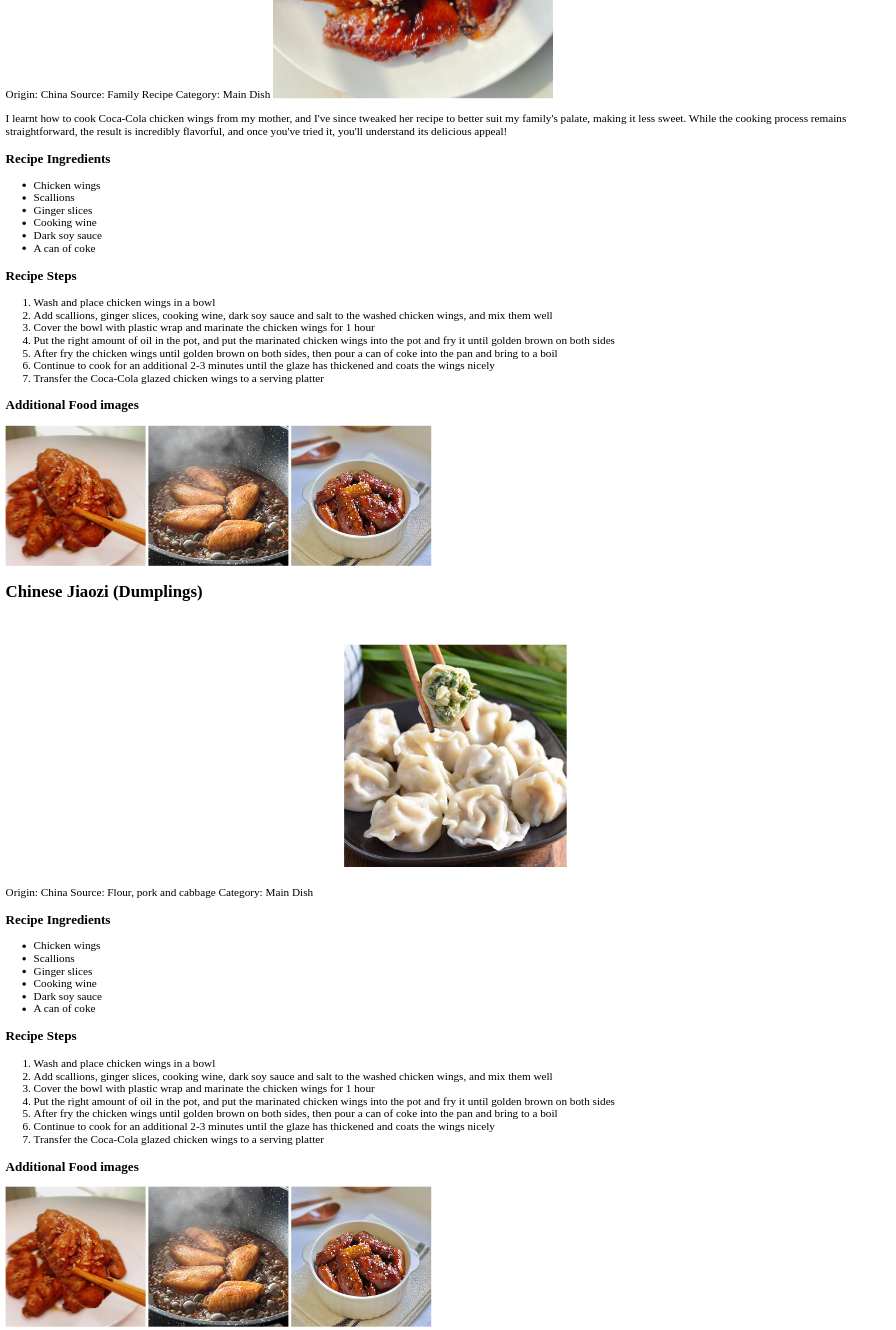
Repository: lulyany/starter_html
Page: recipes.html
The author's editor kept a copy of each file at every save. The page is drawn from the files as they stood at one save, then again after the next save.
The browser window is 1280 px wide. The pictures show the part of the page from y = 545 to 2445 px (the page is 3556 px tall before and 3614 px after), at 70% of full size.
A picture or video elsewhere on the page could not be fetched, so the positions and the page height are approximate.

Above is the page before, as saved 2023-09-16 00:52:05.

### recipes.html
<!DOCTYPE html>
<html lang="en">
<head>
    <meta charset="UTF-8">
    <meta name="viewport" content="width=device-width, initial-scale=1.0">
    <title>Recipes</title>
</head>
<body>
    <header>
        <a href="">Skip to Main Content</a>
        <nav>
            <ul>
                <li>
                    <a href="index.html">Pets</a>
                </li>
                <li>
                    <a href="travel.html">Travel</a>
                </li>
                <li>
                    <a href="recipes.html">Recipes</a>
                </li>
            </ul>
        </nav>
        </header>

    <main>
        <div>
            <h2>Coca-Cola Chicken Wings</h2>
            <span>Origin: China</span>
            <span>Source: Family Recipe</span>
            <span>Category: Main Dish</span>

            <img src="images/coca_cola_chicken_wings.jpg" width = "400" alt="Chicken wings.">
            <p>I learnt how to cook Coca-Cola chicken wings from my mother, and I've since tweaked her recipe to better suit my family's palate, making it less sweet. While the cooking process remains straightforward, the result is incredibly flavorful, and once you've tried it, you'll understand its delicious appeal!</p>
            <h3>Recipe Ingredients</h3>
            <ul>
                <li>Chicken wings</li>
                <li>Scallions</li>
                <li>Ginger slices</li>
                <li>Cooking wine</li>
                <li>Dark soy sauce</li>
                <li>A can of coke</li>
            </ul>

            <h3>Recipe Steps</h3>
            <ol>
                <li>Wash and place chicken wings in a bowl</li>
                <li>Add scallions, ginger slices, cooking wine, dark soy sauce and salt to the washed chicken wings, and mix them well</li>
                <li>Cover the bowl with plastic wrap and marinate the chicken wings for 1 hour</li>
                <li>Put the right amount of oil in the pot, and put the marinated chicken wings into the pot and fry it until golden brown on both sides</li>
                <li>After fry the chicken wings until golden brown on both sides, then pour a can of coke into the pan and bring to a boil</li>
                <li>Continue to cook for an additional 2-3 minutes until the glaze has thickened and coats the wings nicely</li>
                <li>Transfer the Coca-Cola glazed chicken wings to a serving platter</li>
            </ol>

            <h3>Additional Food images</h3>
            <img src="images/chicken_wings_chopsticks.jpg" width = "200" height="200" alt="A chicken wing picked up by chopsticks">
            <img src="images/boils_in_coke.jpg" width = "200" height="200" alt="Chicken wings boiled in coke">
            <img src="images/chicken-wings_and_rice_cake.jpg" width = "200" height="200" alt="Coca-cola chicken wings served with rice cake">

        </div>

        <div>
            <h2>Chinese Jiaozi (Dumplings)</h2>
            <span>Origin: China</span>
            <span>Source: Flour, pork and cabbage</span>
            <span>Category: Main Dish</span>

            <img src="images/jiaozi.jpeg" width = "400" alt="Some dumplings.">
            <p></p>
            <h3>Recipe Ingredients</h3>
            <ul>
                <li>Chicken wings</li>
                <li>Scallions</li>
                <li>Ginger slices</li>
                <li>Cooking wine</li>
                <li>Dark soy sauce</li>
                <li>A can of coke</li>
            </ul>

            <h3>Recipe Steps</h3>
            <ol>
                <li>Wash and place chicken wings in a bowl</li>
                <li>Add scallions, ginger slices, cooking wine, dark soy sauce and salt to the washed chicken wings, and mix them well</li>
                <li>Cover the bowl with plastic wrap and marinate the chicken wings for 1 hour</li>
                <li>Put the right amount of oil in the pot, and put the marinated chicken wings into the pot and fry it until golden brown on both sides</li>
                <li>After fry the chicken wings until golden brown on both sides, then pour a can of coke into the pan and bring to a boil</li>
                <li>Continue to cook for an additional 2-3 minutes until the glaze has thickened and coats the wings nicely</li>
                <li>Transfer the Coca-Cola glazed chicken wings to a serving platter</li>
            </ol>

            <h3>Additional Food images</h3>
            <img src="images/chicken_wings_chopsticks.jpg" width = "200" height="200" alt="A chicken wing picked up by chopsticks">
            <img src="images/boils_in_coke.jpg" width = "200" height="200" alt="Chicken wings boiled in coke">
            <img src="images/chicken-wings_and_rice_cake.jpg" width = "200" height="200" alt="Coca-cola chicken wings served with rice cake">

        </div>

    <div>
        <h2>Double Chocolate Cookies</h2>
        <span>Origin: Michigan</span>
        <span>Source: Family Recipe</span>
        <span>Category: Dessert</span>

        <img src="images/double_chocolate_cookies.png" width = "400" alt="">
        <p>My daughter learned to make these cookies at a baking camp at Zingermanns and has tweaked the recipe to fit the taste buds of her siblings.  They are extremely sugary so the salt helps to balance it.  Note, these cookies are best eaten very quickly.</p>
        <h3>Recipe Ingredients</h3>
        <ul>
            <li>Unsalted butter</li>
            <li>Granulated Sugar</li>
            <li>Packed light or dark brown sugar</li>
            <li>Large egg</li>
            <li>Pure vanilla extract</li>
            <li>Semi-sweet chocolate chunks (melted)</li>
            <li>All-purpose flour</li>
            <li>Natural unsweetened cocoa powder</li>
            <li>Baking soda</li>
            <li>Salt</li>
            <li>Semi-sweet chocolate chunks</li>
        </ul>

        <h3>Recipe Steps</h3>
        <ol>
            <li>In a mixing bowl cream together the butter, granulated sugar, and brown sugar</li>
            <li>Add the egg and vanilla extract and beat well</li>
            <li>Add the melted chocolate</li>
            <li>In a separate bowl combine the flour, baking soda, cocoa powder and salt</li>
            <li>Combine the wet and dry ingredients</li>
            <li>Add the unmelted chocolate chunks.</li>
            <li>Form 15 cookies and place on a baking sheet.</li>
            <li>Cook for 12 to 13 minutes at 350 degrees.</li>
        </ol>

        <h3>Additional Food images</h3>
        <img src="images/double_chocolate_chips.png" width = "200" alt="A small pile of chocolate chips">
        <img src="https://images.immediate.co.uk/production/volatile/sites/30/2020/08/chocolate-d9ba778.jpg?quality=90&webp=true&resize=600,545" width = "200" alt="Chocolate melting in a boiler">
        <img src="https://upload.wikimedia.org/wikipedia/commons/8/82/Brown_sugar_examples.JPG" width = "200" alt="Brown sugar in three different shades of darkness">

    </div>
    </main>
</body>
</html>

After the next save:
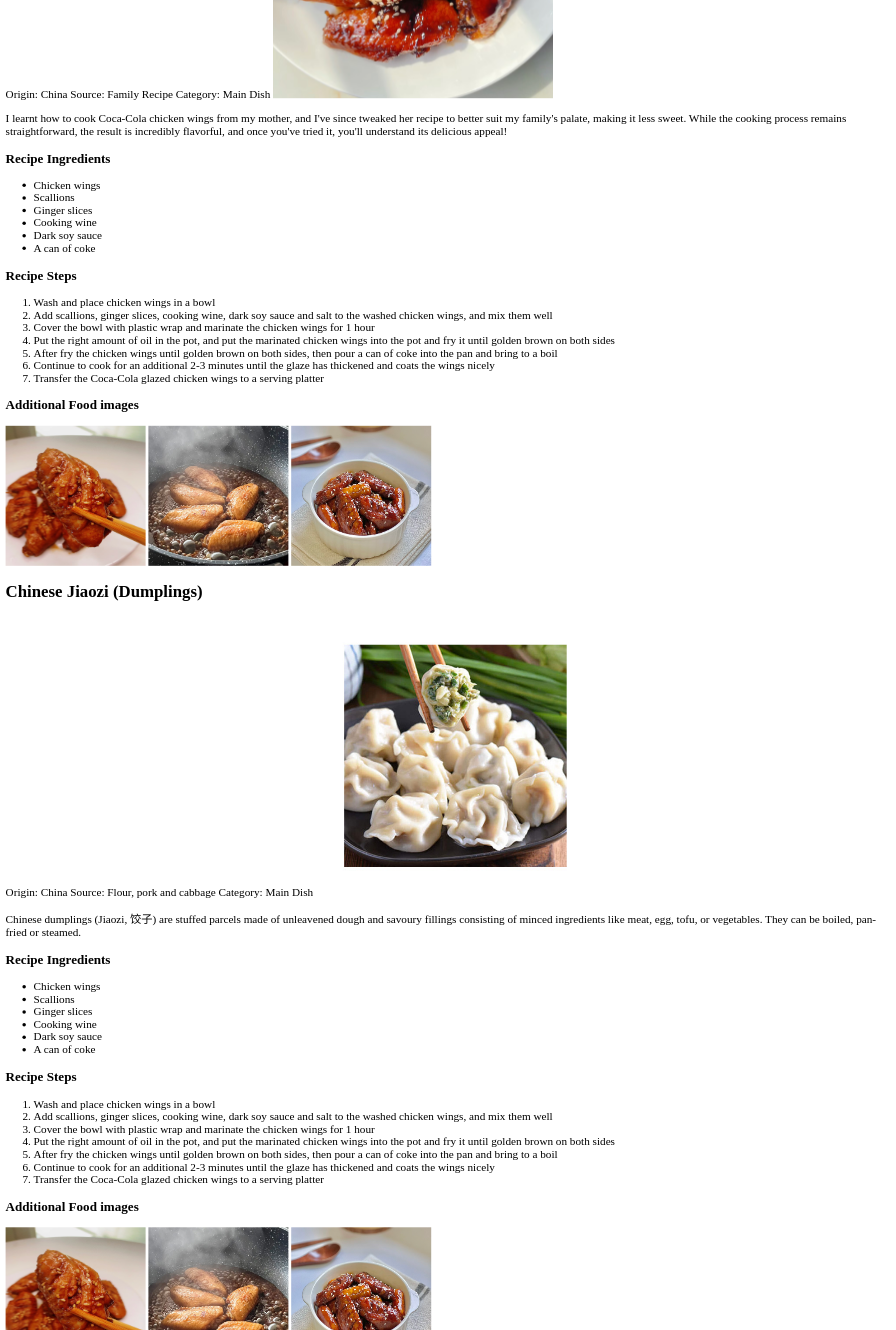
Saved 14 s later.
--- a/recipes.html
+++ b/recipes.html
@@ -67,7 +67,8 @@
             <span>Category: Main Dish</span>
 
             <img src="images/jiaozi.jpeg" width = "400" alt="Some dumplings.">
-            <p></p>
+            <p>Chinese dumplings (Jiaozi, 饺子) are stuffed parcels made of unleavened dough and savoury fillings consisting of minced ingredients like meat, egg, tofu, or vegetables. They can be boiled, pan-fried or steamed.
+            </p>
             <h3>Recipe Ingredients</h3>
             <ul>
                 <li>Chicken wings</li>
